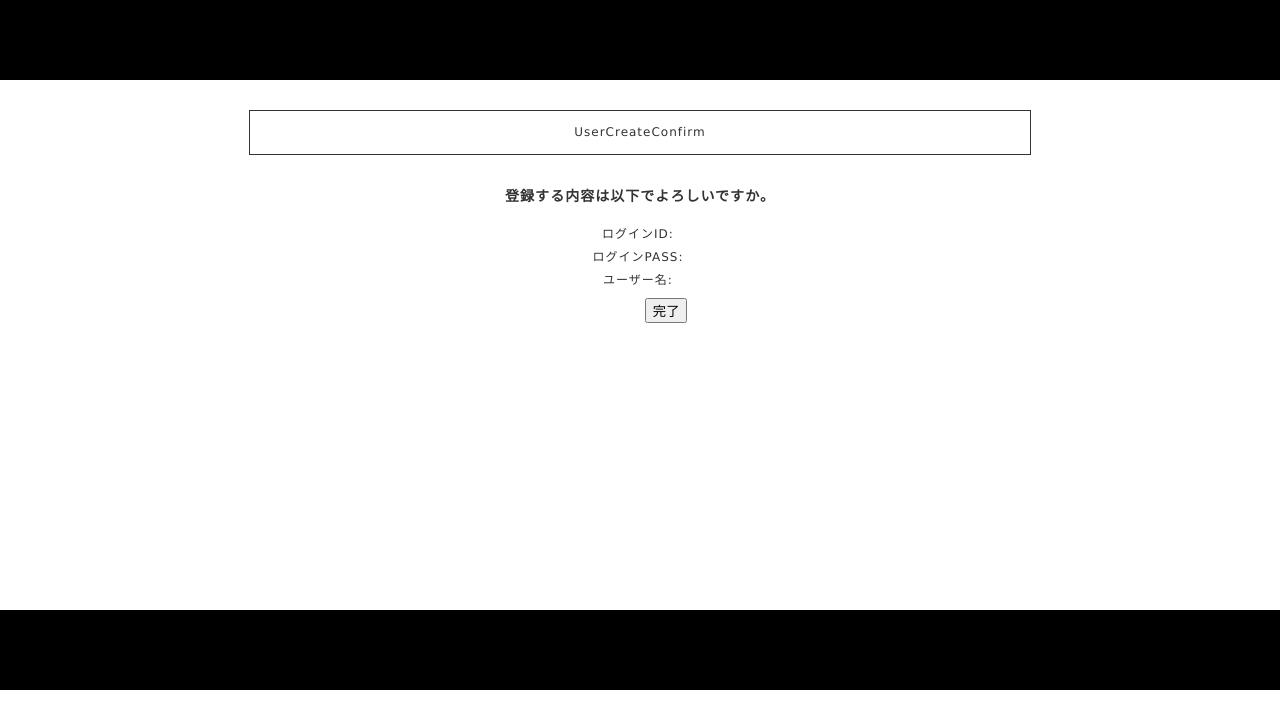
Repository: nyanya02/MyECsite
Page: http://localhost/ecsite/userCreateConfirm.jsp
These files come from the project's save history. The page is drawn as it stood at one moment and after the next save; the edit follows.
The browser window is 1280 px wide. The pictures show the whole page.
The page is served by Tomcat 9.

Above is the page before, as saved 2018-05-03 07:04:45.

After the next save:
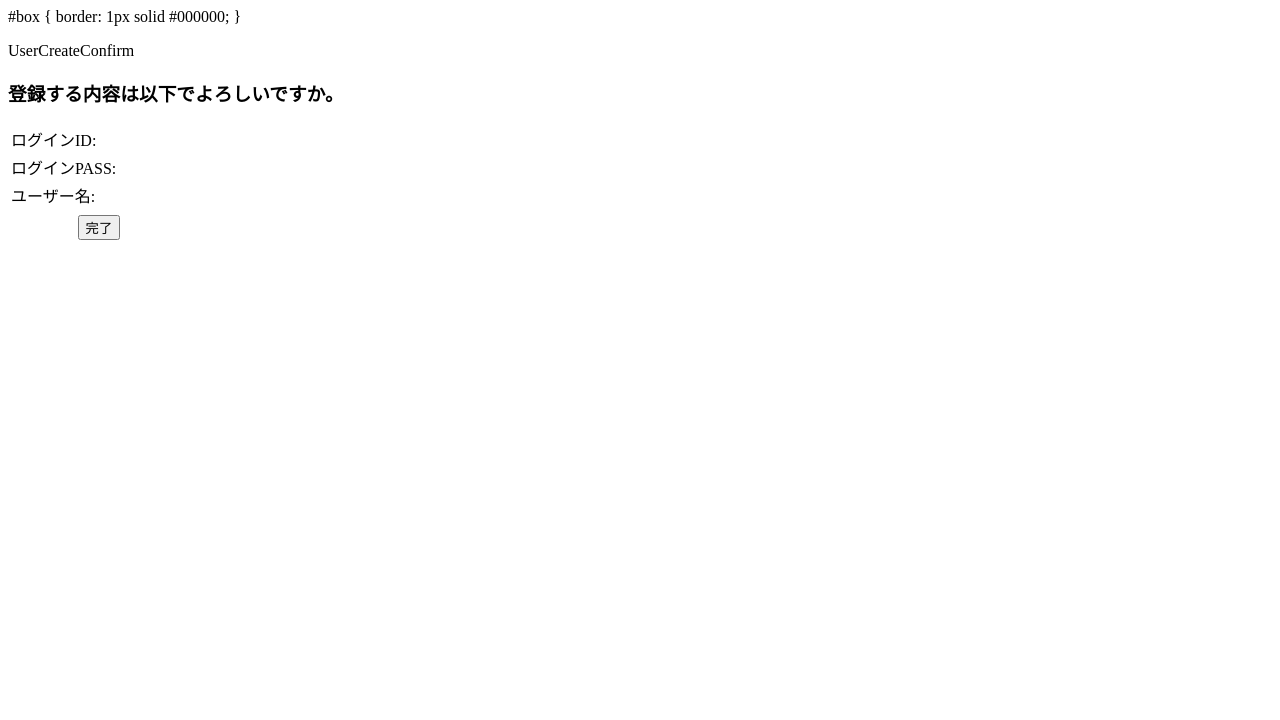
Saved 8 s later.
--- a/ecsite/WebContent/userCreateConfirm.jsp
+++ b/ecsite/WebContent/userCreateConfirm.jsp
@@ -15,54 +15,9 @@
 	<meta name="keywords" content="" />
 	<meta charset="utf-8">
 	<title>UserCreateConfirm画面</title>
-	<style type="text/css">
-		/* ========TAG LAYOUT======== */
-		body {
-		   margin:0;
-		   padding:0;
-		   line-height:1.6;
-		   letter-spacing:1px;
-		   font-family:Verdana, Helvetica, sans-serif;
-		   font-size:12px;
-		   color:#333;
-		   background:#fff;
-		}
-
-		table {
-			text-align:center;
-			margin:0 auto;
-		}
-
-		/* ========ID LAYOUT======== */
-		#top {
-		   width:780px;
-		   margin:30px auto;
-		   border:1px solid #333;
-		}
-
-		#header {
-		   width: 100%;
-		   height: 80px;
-		   background-color: black;
-		}
-
-		#main {
-		   width: 100%;
-		   height: 500px;
-		   text-align: center;
-		}
-
-		#box {
+	#box {
 			border: 1px solid #000000;
 		}
-
-		#footer {
-			width: 100%;
-			height: 80px;
-			background-color: black;
-			clear:both;
-		}
-	</style>
 </head>
 <body>
 	<div id="header">

After the save that followed:
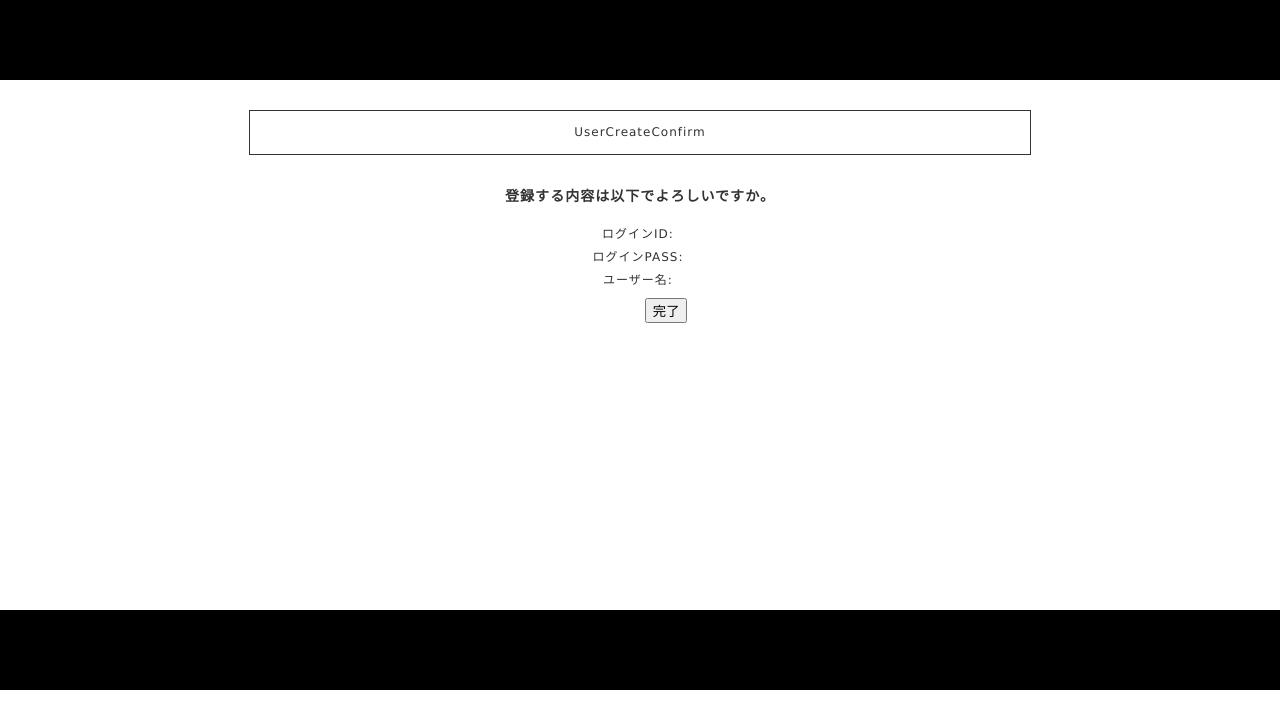
Saved 15 s later.
--- a/ecsite/WebContent/userCreateConfirm.jsp
+++ b/ecsite/WebContent/userCreateConfirm.jsp
@@ -15,9 +15,7 @@
 	<meta name="keywords" content="" />
 	<meta charset="utf-8">
 	<title>UserCreateConfirm画面</title>
-	#box {
-			border: 1px solid #000000;
-		}
+	<link rel="stylesheet" href="./css/style.css">
 </head>
 <body>
 	<div id="header">
